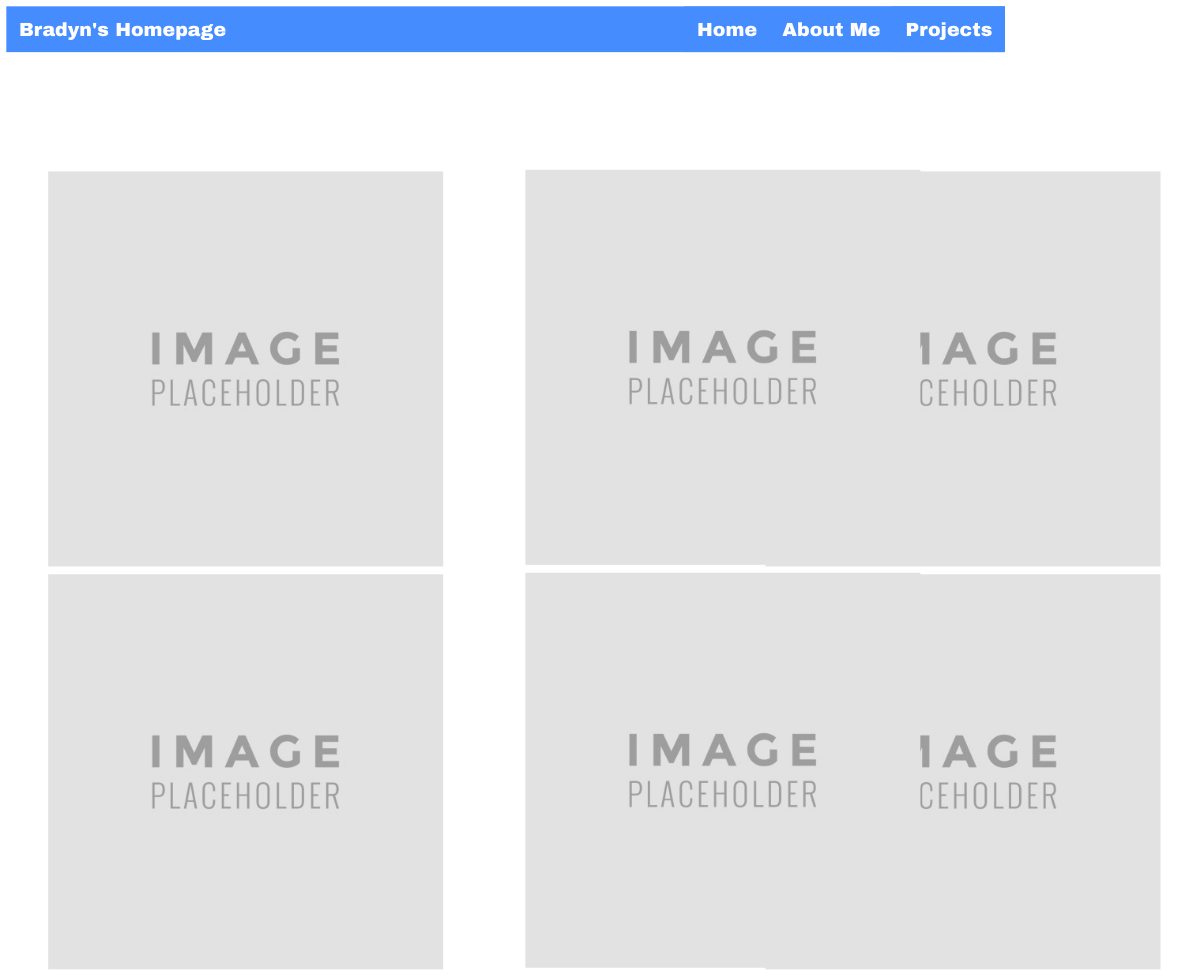
Repository: br4y/br4y.github.io
Page: index.html
The author's editor kept a record of every edit. The page is drawn from the files as they stood at one moment, then again after the next edit.
The browser window is 1280 px wide. The page is 1522 px wide, so the pictures cover 1522 px, including what lies to the right of the window. The pictures show the whole page, at 79% of full size.

Above is the page before.

### index.html
<!DOCTYPE html>
<link href="StyleSheet.css" rel="stylesheet" type="text/css">
<html>
    <head>
    <div class="navbar">
        <a>Bradyn's Homepage</a>
        <div class="links">
          <a class="active" href="index.html">Home</a>
          <a href="about.html">About Me</a>
      <div class="dropdown">
        <div class="morelinks">Projects</div>
        <div class="dropdown-content">
          <a href="#">Projects</a>
          <a href="#">Projects</a>
          <a href="#">Projects</a>
        </div>
      </div>
     </div>

    </div>

    </head>

    <body>
        <table>
            <tr class="spacerow">
                <br><br><br><br>
            </tr>
            <tr class="row1">
                <td><img class="column1" src="images/placeholder.jpg"></img></td>
                <td><img class="column2" src="images/placeholder.jpg"></img></td>
                <td><img class="column3" src="images/placeholder.jpg"></img></td>
            </tr>
            <tr class="spacerow">
                <br><br><br><br>
            </tr>
            <tr class="row2">
                <td><img class="column1" src="images/placeholder.jpg"></img></td>
                <td><img class="column2" src="images/placeholder.jpg"></img></td>
                <td><img class="column3" src="images/placeholder.jpg"></img></td>
            </tr>
        </table>
    </body>

</html>

### StyleSheet.css
       .navbar{
        background-color: #458cff;
        overflow: hidden;
        font-family:"Arial Black", Gadget, sans-serif;
      }

      .navbar a {
        color: white;
        font-size: 24px;
        text-decoration: none;
        padding:16px;
        float:left;
      }

      .links {
        font-family:"Arial Black", Gadget, sans-serif;
        background-color: #458cff;
        color: white;
        float: right;
        text-decoration: none;
        font-size: 24px;
      }

      .morelinks {
        color: white;
        font-size: 24px;
        text-decoration: none;
        padding:16px;
      }

      .navbar a:hover, .morelinks:hover {
        background-color: pink;
      }

      .dropdown:hover .dropdown-content {
        display:block;
      }

      .dropdown-content {
        position: absolute;
        z-index:  1;
        display:none;
        background-color: #458cff;
        font-family:"Arial Black", Gadget, sans-serif;
      }

      .dropdown {
        font-family:"Arial Black", Gadget, sans-serif;
        background-color: #458cff;
        color: white;
        float: right;
        text-decoration: none;
        font-size: 24px;

      }

      .dropdown-content a{
        float: none;
        display:block;
      }

    .dog {
        width:40px;
        height:40px;
        border-radius:50%;
        padding:5px;
        display:inline;
        vertical-align:middle;
    }

    .portrait {
        height:relative;
        width:50%;
        float:left;
    }

    .about-text {
        text-align:left;
        font-family:"Arial Black", Gadget, sans-serif;
        width:45%;
        height:relative;
        display:inline-block;
        margin-left:15px;
    }

    /*.dropdown:hover .dropdown-content {display: block;}*/
    /*.dropdown-content a:hover {background-color:#2376fc;}*/
    /*.dropdown:hover .dropbtn {background-color: #2376fc;}*/

    table {
        width:100%;
    }

    .column1{
        height:40%;
        float:left;
        padding-left:10%
    }

    .column2 {
        height:40%;
        margin-left:30%;
    }

    .column3 {
        height:40%;
        float: right;
        padding-right:10%;
    }

    .spacerow {
        height:100%;
        padding-top:50px;
        color:white;
        font-size:100px;
    }

    .navbuttons {
        margin-right:10px;
        padding-right:20px;
        background-color:#458cff;
        display:inline-block;
        text-align: right;
        color:white;
        font-size:75%;
        font-family:"Arial Black", Gadget, sans-serif;
    }

After the next edit:
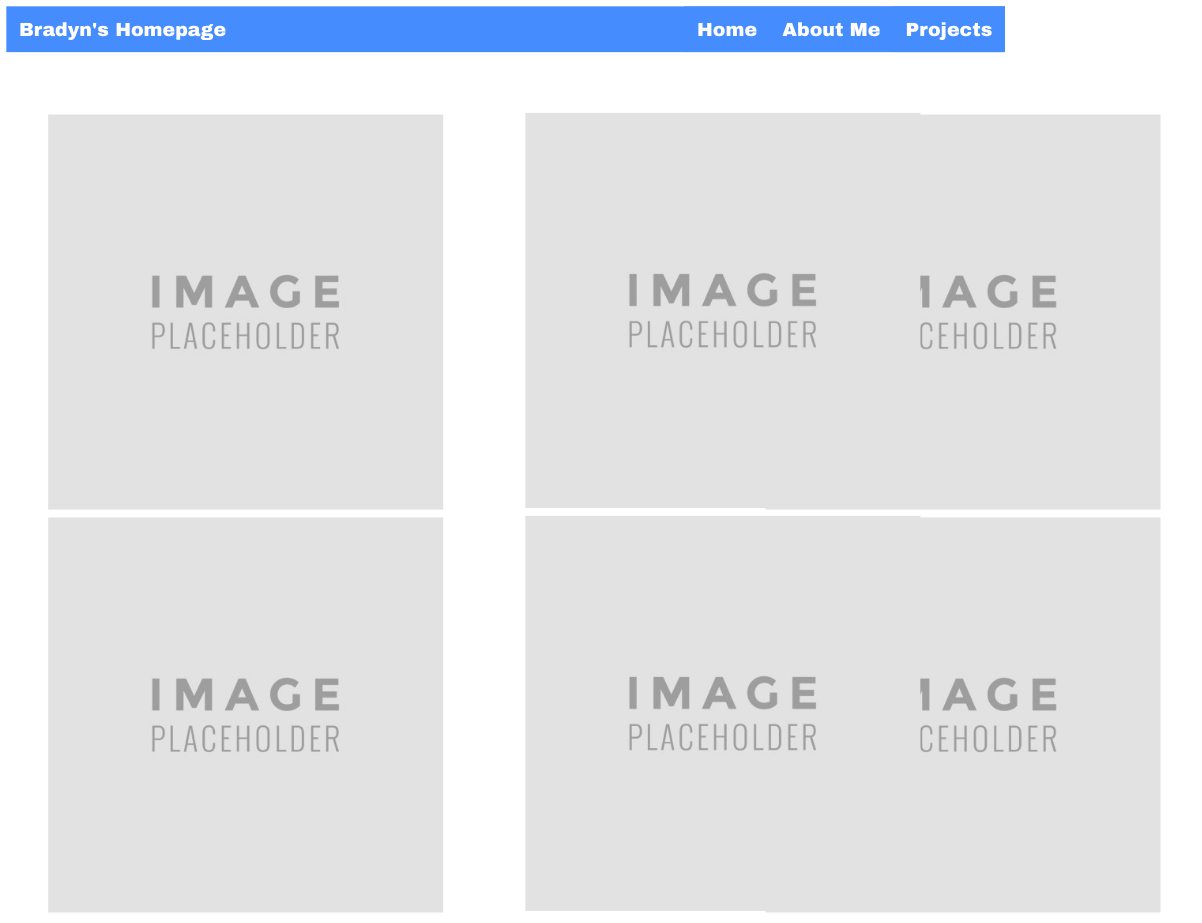
The edit:
--- a/index.html
+++ b/index.html
@@ -31,8 +31,8 @@
                 <td><img class="column2" src="images/placeholder.jpg"></img></td>
                 <td><img class="column3" src="images/placeholder.jpg"></img></td>
             </tr>
-            <tr class="spacerow">
-                <br><br><br><br>
+            <tr>
+
             </tr>
             <tr class="row2">
                 <td><img class="column1" src="images/placeholder.jpg"></img></td>
